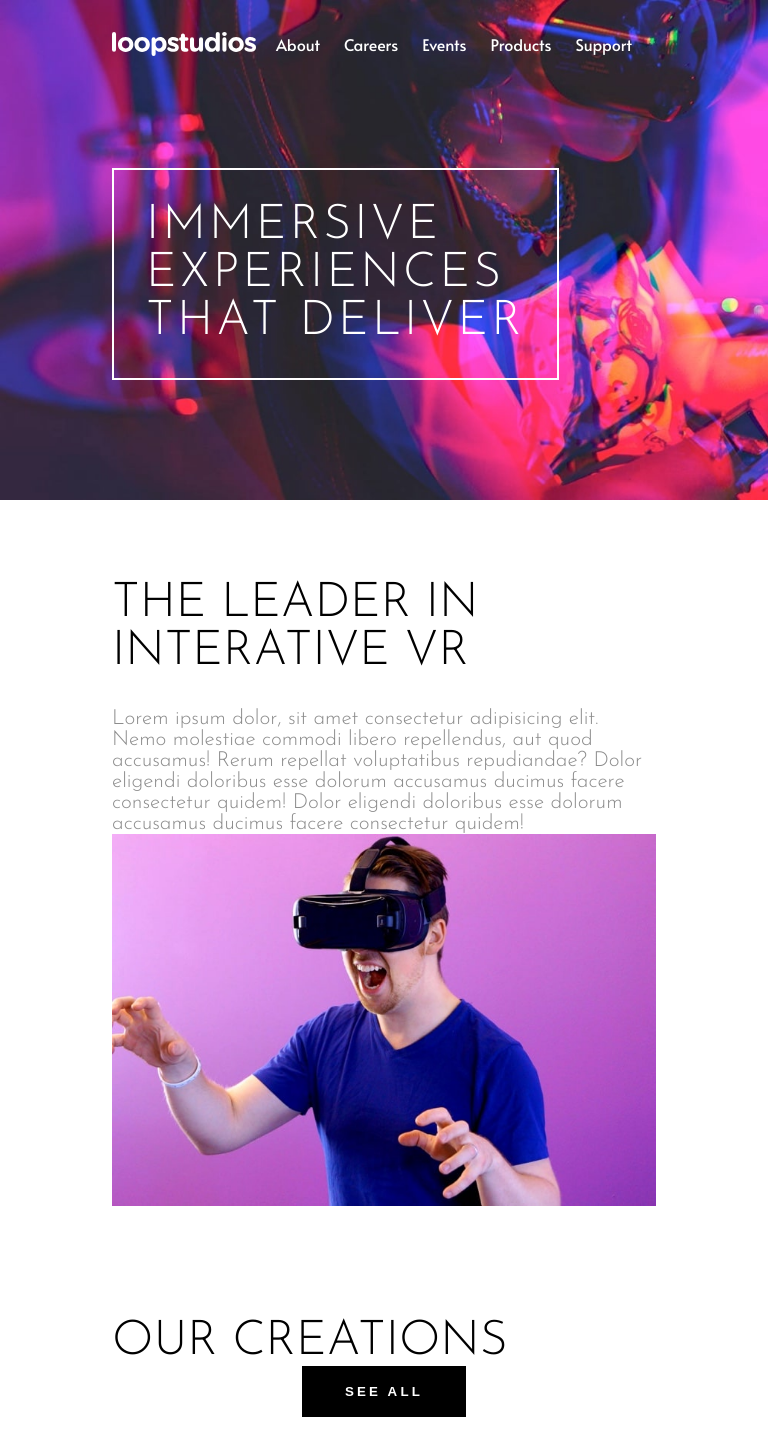
Repository: gligor99/loopstudios-fm
Page: /
These files come from the project's save history. The page is drawn as it stood at one moment and after the next save; the edit follows.
The browser window is 768 px wide. The pictures show the part of the page from y = 0 to 1449 px (the page is 6244 px tall before and 6212 px after).
Pictures or frames that could not be fetched are drawn as grey boxes. Backgrounds fixed to the window are drawn as part of the page. The project was rebuilt for these pictures with package versions that can differ from the ones it lists, and the page was loaded fresh each time.

Above is the page before, as saved 2021-11-28 22:20:19.

### src/index.css
@import url("https://fonts.googleapis.com/css2?family=Alata&family=Josefin+Sans:wght@300&display=swap");

:root {
  --clr-white: hsl(0, 0%, 100%);
  --clr-black: hsl(0, 0%, 0%);
  --clr-dark-gray: hsl(0, 0%, 55%);
  --clr-very-dark-gray: hsl(0, 0%, 41%);
}

*,
::after,
::before {
  margin: 0;
  padding: 0;
  box-sizing: border-box;
}

body {
  font-family: "Alata", sans-serif;
  background: var(--clr-light-grayish-cyan);
  color: var(--clr-grey-1);
  font-size: 1rem;
}

### src/App.jsx
import About from "./components/About/About";
import Creations from "./components/Creations/Creations";
import Footer from "./components/Footer/Footer";
import Hero from "./components/Hero/Hero";
// import Navbar from "./components/Navbar/Navbar";


function App() {
  return (
    <div className="App">
      {/* <Navbar /> */}
      <Hero />
      <About />
      <Creations />
      <Footer />
    </div>
  );
}

export default App;

### src/components/About/About.jsx
import "./about.css";
import image from "../../assets/desktop/image-interactive.jpg";

const About = () => {
  return (
    <div className="about-container">
      <img className="image-interactive" src={image} alt="interactive.jpg" />
      <div className="about-content">
        <h1 className="about-title">The leader in <br />interative VR</h1>
        <p className="about-p">
          Lorem ipsum dolor, sit amet consectetur adipisicing elit. Nemo
          molestiae commodi libero repellendus, aut quod accusamus! Rerum
          repellat voluptatibus repudiandae? Dolor eligendi doloribus esse
          dolorum accusamus ducimus facere consectetur quidem! Dolor eligendi doloribus esse
          dolorum accusamus ducimus facere consectetur quidem!
        </p>
      </div>
    </div>
  );
};

export default About;

### src/components/Creations/Creations.jsx
import './creations.css'
import data from '../../data'
import Card from '../Card/Card';

const Creations = () => {
  return <div className="creation-container">
      <div className="creation-header">
          <h1 className="creation-title">
              Our Creations
          </h1>
          <button className="creation-btn">
              See All
          </button>
      </div>
      <div className="creation-cards">
          {data.map((item) => {
              return <Card key={item.id} item={item} />
          })}
      </div>
  </div>;
};

export default Creations;

### src/components/Footer/Footer.jsx
import "./footer.css";
import logo from "../../assets/logo.svg";
import fb from "../../assets/icon-facebook.svg";
import instagram from "../../assets/icon-instagram.svg";
import pinterest from "../../assets/icon-pinterest.svg";
import twittter from "../../assets/icon-twitter.svg";

const Footer = () => {
  return (
    <div className="footer-container">
      <div className="left-content">
        <img className="logo" src={logo} alt="footerLogo.svg" />
        <ul className="links">
          <li>
            <a href="/about">About</a>
          </li>
          <li>
            <a href="/careers">Careers</a>
          </li>
          <li>
            <a href="/events">Events</a>
          </li>
          <li>
            <a href="/products">Products</a>
          </li>
          <li>
            <a href="/support">Support</a>
          </li>
        </ul>
      </div>
      <div className="right-content">
        <div className="social">
          <img className='social-icon' src={fb} alt="fbIcon.svg" />
          <img className='social-icon' src={instagram} alt="instaIcon.svg" />
          <img className='social-icon'  src={pinterest} alt="pinterestIcon.svg" />
          <img className='social-icon' src={twittter} alt="twitterIcon.svg" />
        </div>
        <p className="copy">
          &copy;
          {`  ${new Date().getFullYear()} Loopstudios | All Rights Reserved`}
        </p>
      </div>
    </div>
  );
};

export default Footer;

### src/components/Hero/Hero.jsx
import React from "react";
import Navbar from "../Navbar/Navbar";
import "./hero.css";

const Hero = () => {
  return (
      <div className="container">
        <Navbar />
        <div className="container-content">
          <h1 className="title">
            Immersive <br /> experiences <br />
            that deliver
          </h1>
        </div>
      </div>
  );
};

export default Hero;

### src/components/About/about.css
.about-container {
  display: flex;
  justify-content: center;
  align-items: flex-end;
  margin: auto;
  padding: 7rem;
}

.image-interactive {
  height: 80%;
  z-index: -1;
}
.about-content {
  background-color: var(--clr-white);
  z-index: 1;
  height: 80%;
  padding: 4rem;
  margin-left: -10rem;
}

.about-title {
  font-family: "Josefin Sans", sans-serif;
  font-weight: 100;
  font-size: 3rem;
  text-transform: uppercase;
}

.about-p {
  color: var(--clr-dark-gray);
  font-family: "Josefin Sans", sans-serif;
  font-size: 1.3rem;
  padding-top: 2rem;
}

@media only screen and (max-width: 1300px) {
  .about-content {
    padding: 1rem;
    margin-left: -10rem;
  }
}
@media only screen and (max-width: 1210px) {
  .about-content {
    padding: 1rem;
    margin-left: -10rem;
  }
}
@media only screen and (max-width: 1110px) {
  .about-content {
    padding: 1rem;
    margin-left: -15rem;
  }
}
@media only screen and (max-width: 850px) {
  .about-container {
    flex-direction: column;
  }
  .image-interactive {
    width: 100%;
    order: 2;
  }
  .about-content{
    margin-top: -2rem;
    width: 100%;
    padding: 0;
  }
}

### src/components/Creations/creations.css
.creation-header {
  display: flex;
  flex-direction: row;
  justify-content: space-between;
  padding-left: 7rem;
  padding-right: 7rem;
  padding-bottom: 2rem;
}

.creation-title {
  font-family: "Josefin Sans", sans-serif;
  font-size: 3rem;
  text-transform: uppercase;
  font-weight: 100;
}

.creation-btn {
  border: none;
  background-color: var(--clr-black);
  border: 2px solid black;
  color: var(--clr-white);
  text-transform: uppercase;
  padding: 0 3rem 0 3rem;
  cursor: pointer;
  font-weight: 700;
  letter-spacing: 0.2rem;
  transition: 0.2s ease-in;
}
.creation-btn:hover {
  background-color: var(--clr-white);
  color: var(--clr-black);
  border: 2px solid black;
}

.creation-cards {
  padding: 0 5rem 0 5rem;
  display: flex;
  justify-content: space-between;
  flex-wrap: wrap;
  width: 100%;
}

@media only screen and (max-width: 840px) {
  .creation-header{
    flex-direction: column;
    justify-content: center;
  }
  .creation-btn {
    padding: 1rem;
    width: 30%;
    margin: auto;
  }
}

### src/data.js
const data = [
  {
    id: 1,
    title: "Deep Earth",
    img: "https://i.ibb.co/mtd0XJx/image-deep-earth.jpg",
  },
  {
    id: 2,
    title: "Night  Arcade",
    img: "https://i.ibb.co/5Wcqskt/image-night-arcade.jpg",
  },
  {
    id: 3,
    title: "Soccer Team VR",
    img: "https://i.ibb.co/fFDbQDR/image-soccer-team.jpg",
  },
  {
    id: 4,
    title: "The Grid",
    img: "https://i.ibb.co/r59dNbs/image-grid.jpg",
  },
  {
    id: 5,
    title: "From up Above VR",
    img: "https://i.ibb.co/PYK37pW/image-from-above.jpg",
  },
  {
    id: 6,
    title: "Pocket Borealis",
    img: "https://i.ibb.co/9hsnGFt/image-pocket-borealis.jpg",
  },
  {
    id: 7,
    title: "The curiosity",
    img: "https://i.ibb.co/fQZHkXQ/image-curiosity.jpg",
  },
  {
    id: 8,
    title: "Make it fisheye",
    img: "https://i.ibb.co/D506TGt/image-fisheye.jpg",
  },
];

export default data;

### src/components/Card/Card.jsx
import "./card.css";

const Card = ({ item }) => {
  return (
    <div
      className="card-container"
      style={{
        backgroundImage: `url(${item.img})`,
        backgroundRepeat: "no-repeat",
        height: "500px",
        width: '250px'
      }}
    >
      <h4 className="card-title">{item.title}</h4>
    </div>
  );
};

export default Card;

### src/components/Footer/footer.css
.footer-container {
  background-color: var(--clr-black);
  padding: 3rem 7rem 3rem 7rem;
  display: flex;
  justify-content: space-between;
  align-items: center;
}
.copy {
  color: var(--clr-dark-gray);
  font-family: "Josefin Sans", sans-serif;
  font-size: 1.1rem;
  font-weight: 700;
}

.links {
  padding-top: 2rem;
}

.right-content {
  display: flex;
  flex-direction: column;
  justify-content: flex-end;
}

.social {
  padding-bottom: 2rem;
  text-decoration: none;
  display: flex;
  justify-content: flex-end;
}
.social-icon {
  padding-left: 2rem;
}

@media only screen and (max-width: 850px) {
  .footer-container {
    flex-direction: column;
    justify-content: center;
  }

  .social {
    padding-top: 2rem;
    justify-content: center;
  }
  .copy{
    text-align: center;
  }
}

### src/components/Navbar/Navbar.jsx
import logo from "../../assets/logo.svg";
import "./navbar.css";

const Navbar = () => {
  return (
    <div className="wrapper">
      <img src={logo} alt="logo.svg" />
      <ul>
        <li>
          <a href="/about">About</a>
        </li>
        <li>
          <a href="/careers">Careers</a>
        </li>
        <li>
          <a href="/events">Events</a>
        </li>
        <li>
          <a href="/products">Products</a>
        </li>
        <li>
          <a href="/support">Support</a>
        </li>
      </ul>
    </div>
  );
};

export default Navbar;

### src/components/Hero/hero.css
.container {
  background: url("../../assets/desktop/image-hero.jpg");
  background-repeat: no-repeat;
  background-attachment: fixed;
  background-size: cover;
  height: 500px;
}
.container-content {
  display: flex;
  margin-top: 5rem;
  margin-left: 7rem;
}

.title {
  border: 2px solid var(--clr-white);
  padding: 2rem;
  text-transform: uppercase;
  font-family: "Josefin Sans", sans-serif;
  font-size: 3rem;
  font-weight: 100;
  letter-spacing: 0.2rem;
  color: white;
}

### src/components/Card/card.css
.card-container {
  position: relative;
  margin: 2rem;
  transition: 0.2s ease-in;
  cursor: pointer;
}

.card-container:hover {
  opacity: 50%;
  color: var(--clr-black);
}

.card-title {
  position: absolute;
  bottom: 3rem;
  text-transform: uppercase;
  font-family: "Josefin Sans", sans-serif;
  font-weight: 100;
  font-size: 2rem;
  color: var(--clr-white);
  padding: 2rem;
  width: 100%;
}

### src/components/Navbar/navbar.css
.wrapper {
  display: flex;
  flex-direction: row;
  justify-content: space-between;
  align-items: center;
  margin: auto;
  padding: 2rem 7rem 2rem 7rem;
  background-color: transparent;
}
img {
  height: 1.5rem;
}
ul {
  display: flex;
  flex-wrap: nowrap;
  justify-content: space-evenly;
}
li {
  list-style-type: none;
  padding-right: 1.5rem;
}
a {
  position: relative;
  display: inline-block;
  text-decoration: none;
  color: var(--clr-white);
}
a:after {
  content: "";
  position: absolute;
  left: 0;
  top: 100%;
  width: 0;
  height: 1.8px;
  background-color: var(--clr-white);
  transition: width 0.2s ease-in-out;
}
a:hover:after {
  width: 100%;
}

Loaded but not shown: public/index.html (common file); src/index.jsx (common file)

After the next save:
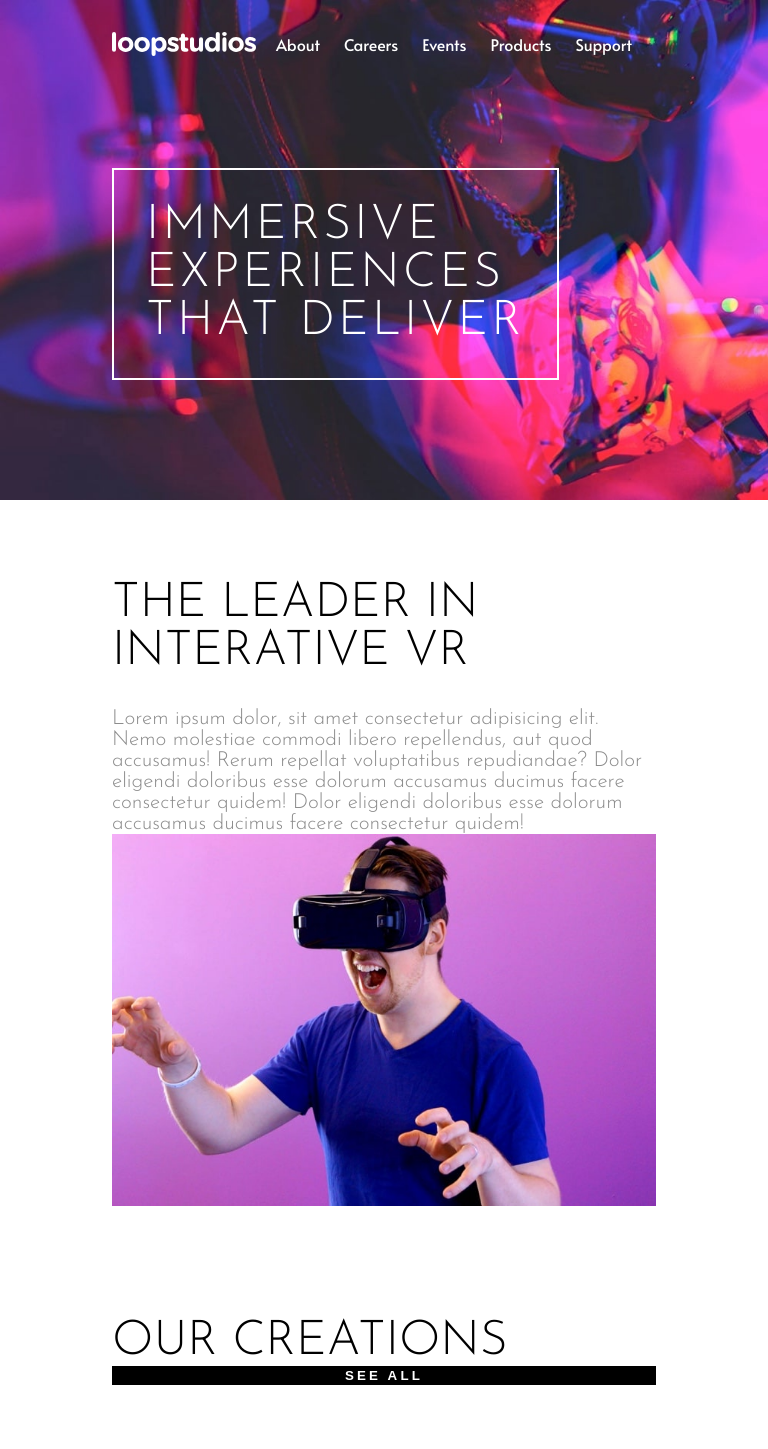
Saved 45 s later.
--- a/src/components/Creations/creations.css
+++ b/src/components/Creations/creations.css
@@ -46,8 +46,6 @@
     justify-content: center;
   }
   .creation-btn {
-    padding: 1rem;
-    width: 30%;
-    margin: auto;
+    order: 3;
   }
 }

After the save that followed:
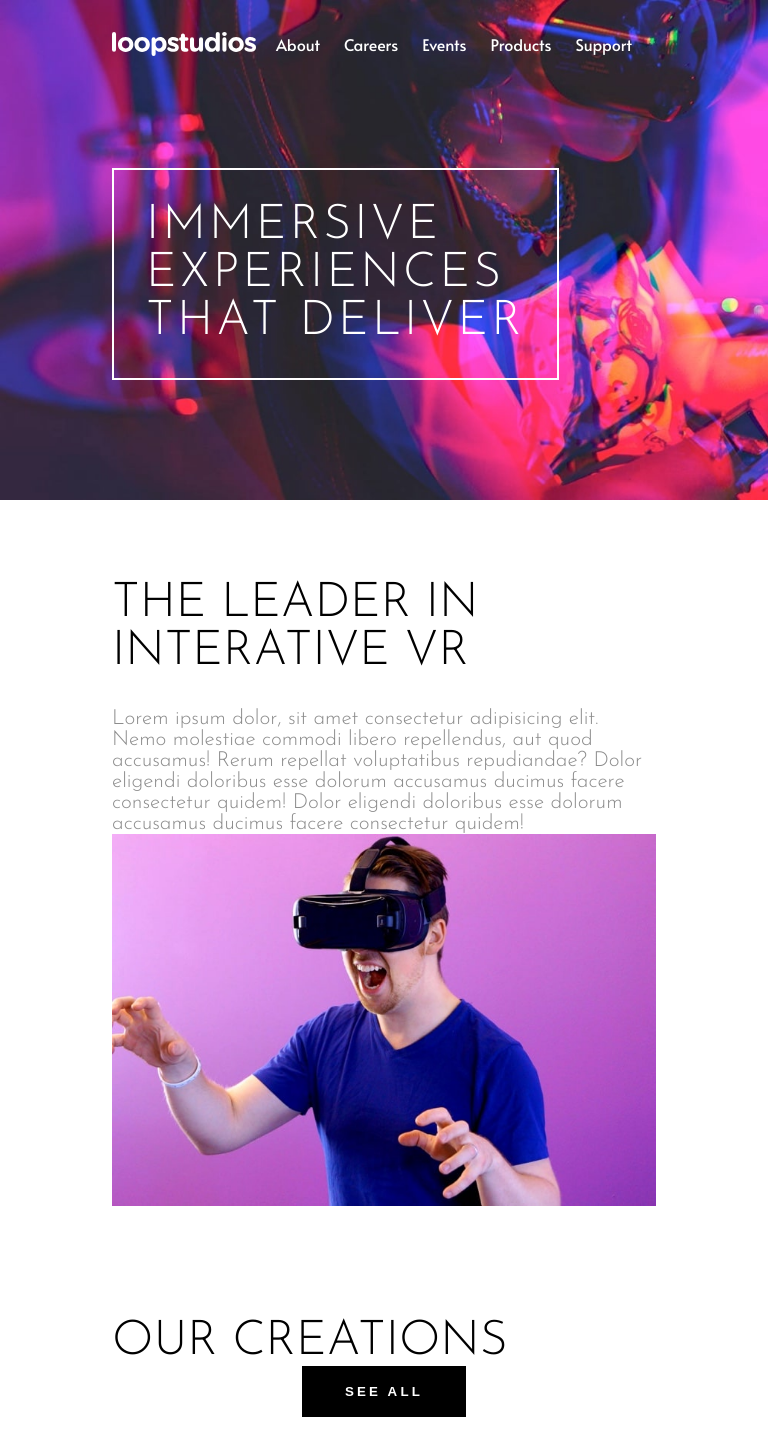
Saved 4 s later.
--- a/src/components/Creations/creations.css
+++ b/src/components/Creations/creations.css
@@ -46,6 +46,8 @@
     justify-content: center;
   }
   .creation-btn {
-    order: 3;
+    padding: 1rem;
+    width: 30%;
+    margin: auto;
   }
 }
